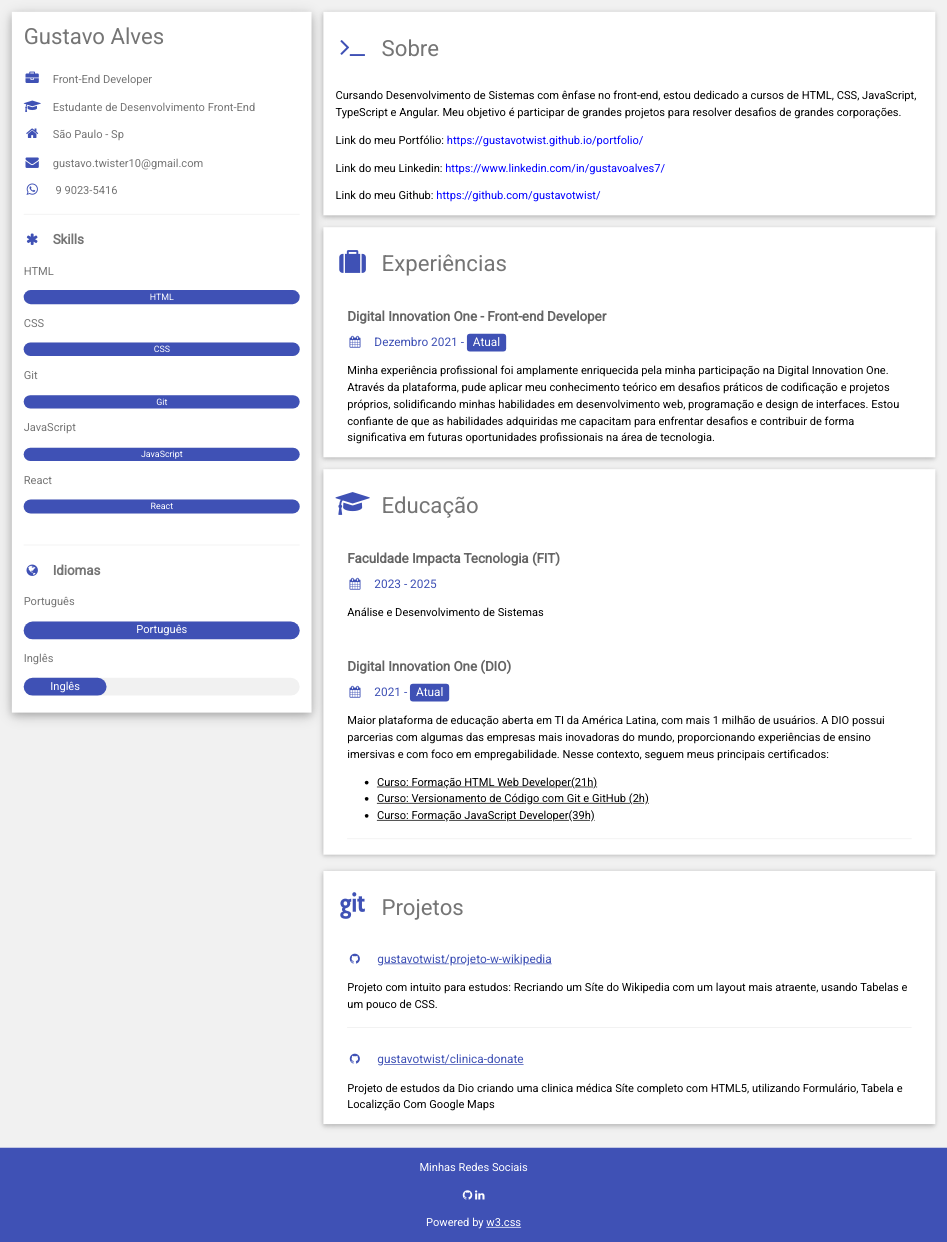
Repository: gustavotwist/cv
Page: index.html
These files come from the project's save history. The page is drawn as it stood at one moment and after the next save; the edit follows.
The browser window is 1280 px wide. The pictures show the whole page, at 74% of full size.

Above is the page before, as saved 2025-03-09 11:26:23.

After the next save:
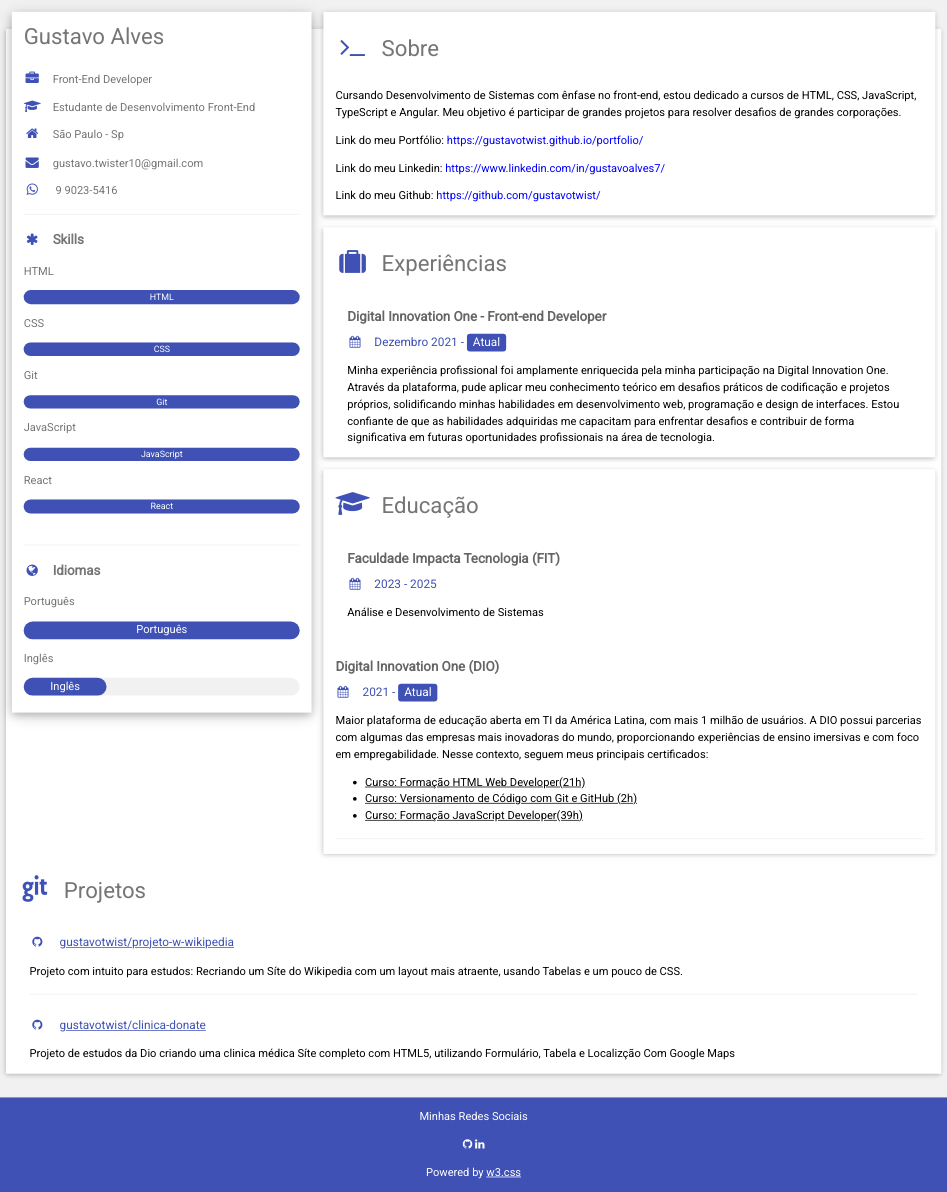
Saved 21 s later.
--- a/index.html
+++ b/index.html
@@ -119,7 +119,7 @@
               <h5 class="w3-opacity"><b>Faculdade Impacta Tecnologia (FIT)</b></h5>
               <h6 class="w3-text-indigo"><i class="fa fa-calendar fa-fw w3-margin-right"></i>2023 - 2025</h6>
               <p>Análise e Desenvolvimento de Sistemas</p>
-            </div><br>
+            </div><br
             <div class="w3-container">
               <h5 class="w3-opacity"><b>Digital Innovation One (DIO)</b></h5>
               <h6 class="w3-text-indigo"><i class="fa fa-calendar fa-fw w3-margin-right"></i>2021 - <span class="w3-tag w3-indigo w3-round">Atual</span></h6>

After the 3 saves that followed:
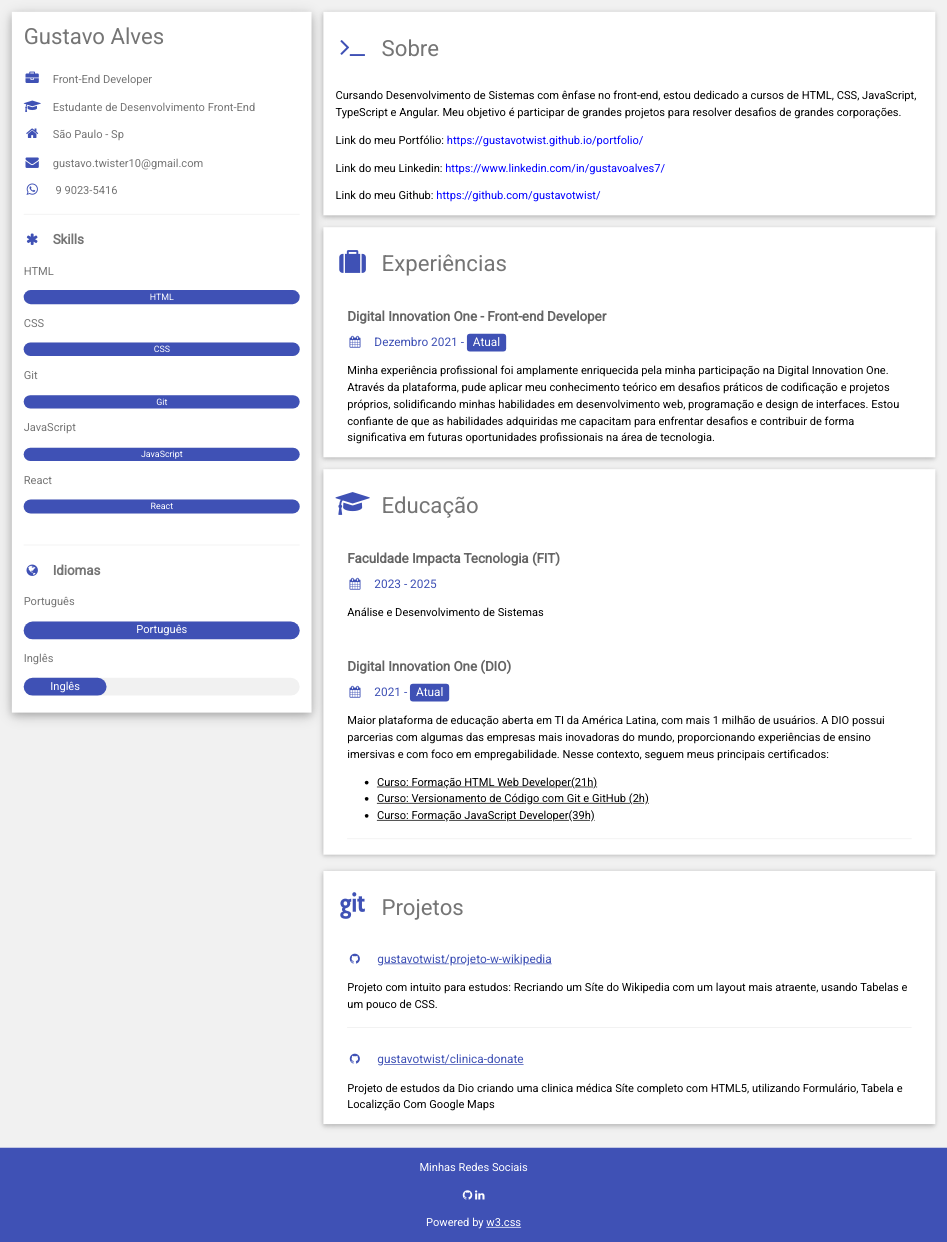
The 3 saves are shown as one change because 1 left the picture as it was and some came seconds apart.
The last was saved 15 s later.
--- a/index.html
+++ b/index.html
@@ -119,7 +119,7 @@
               <h5 class="w3-opacity"><b>Faculdade Impacta Tecnologia (FIT)</b></h5>
               <h6 class="w3-text-indigo"><i class="fa fa-calendar fa-fw w3-margin-right"></i>2023 - 2025</h6>
               <p>Análise e Desenvolvimento de Sistemas</p>
-            </div><br
+            </div><br>
             <div class="w3-container">
               <h5 class="w3-opacity"><b>Digital Innovation One (DIO)</b></h5>
               <h6 class="w3-text-indigo"><i class="fa fa-calendar fa-fw w3-margin-right"></i>2021 - <span class="w3-tag w3-indigo w3-round">Atual</span></h6>
